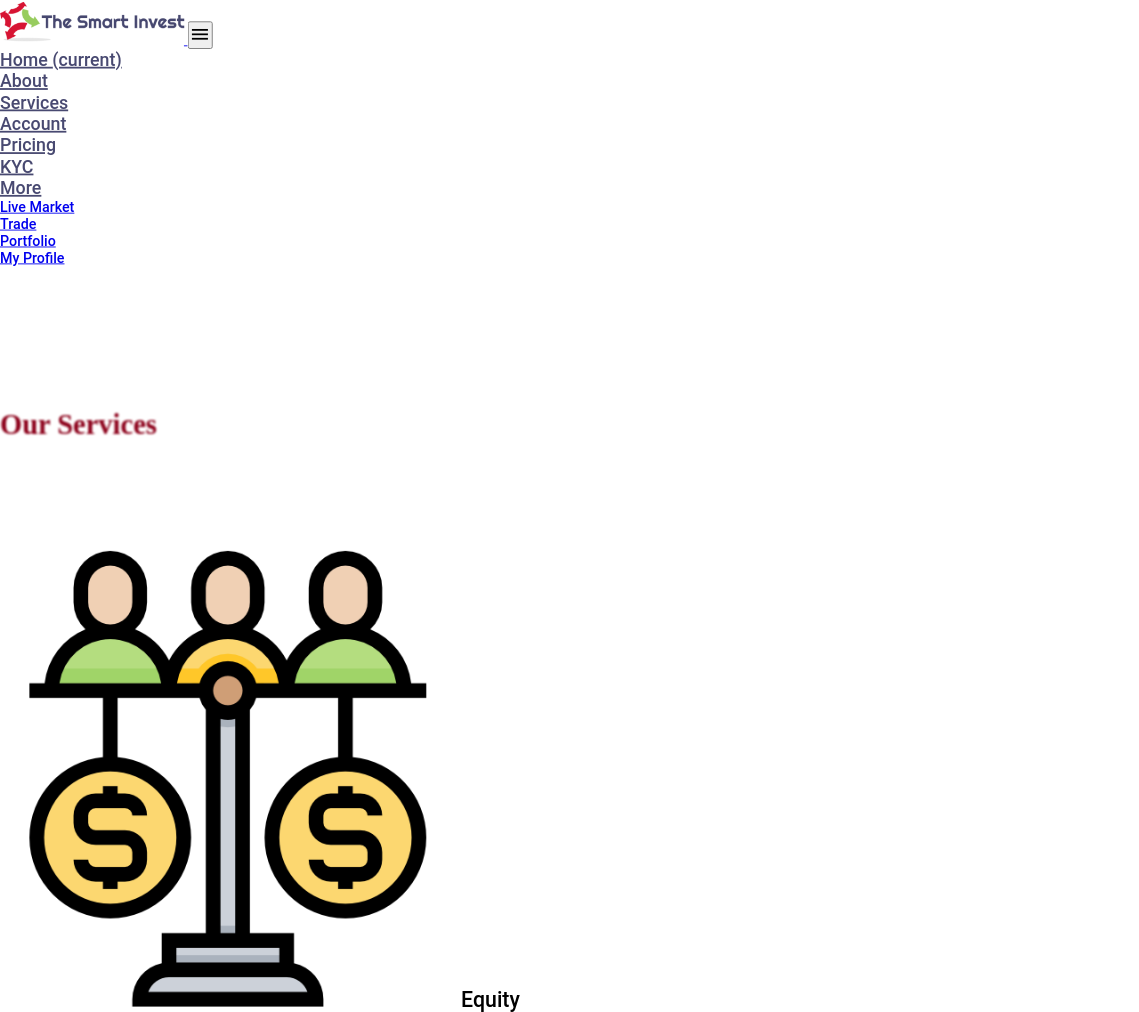
Repository: Demonster1999/Invest-Mart-new
Page: services.html
An editor plug-in stored every save of this project. The page is shown before and after the next save, followed by the edit.
The browser window is 1280 px wide. The pictures show the whole page, at 89% of full size.
Some web libraries are served in a nearby version.

Above is the page before, as saved 2020-05-01 21:28:02.
Console error: TypeError: Failed to execute 'addEventListener' on 'EventTarget': parameter 2 is not of type 'Object'.

After the next save:
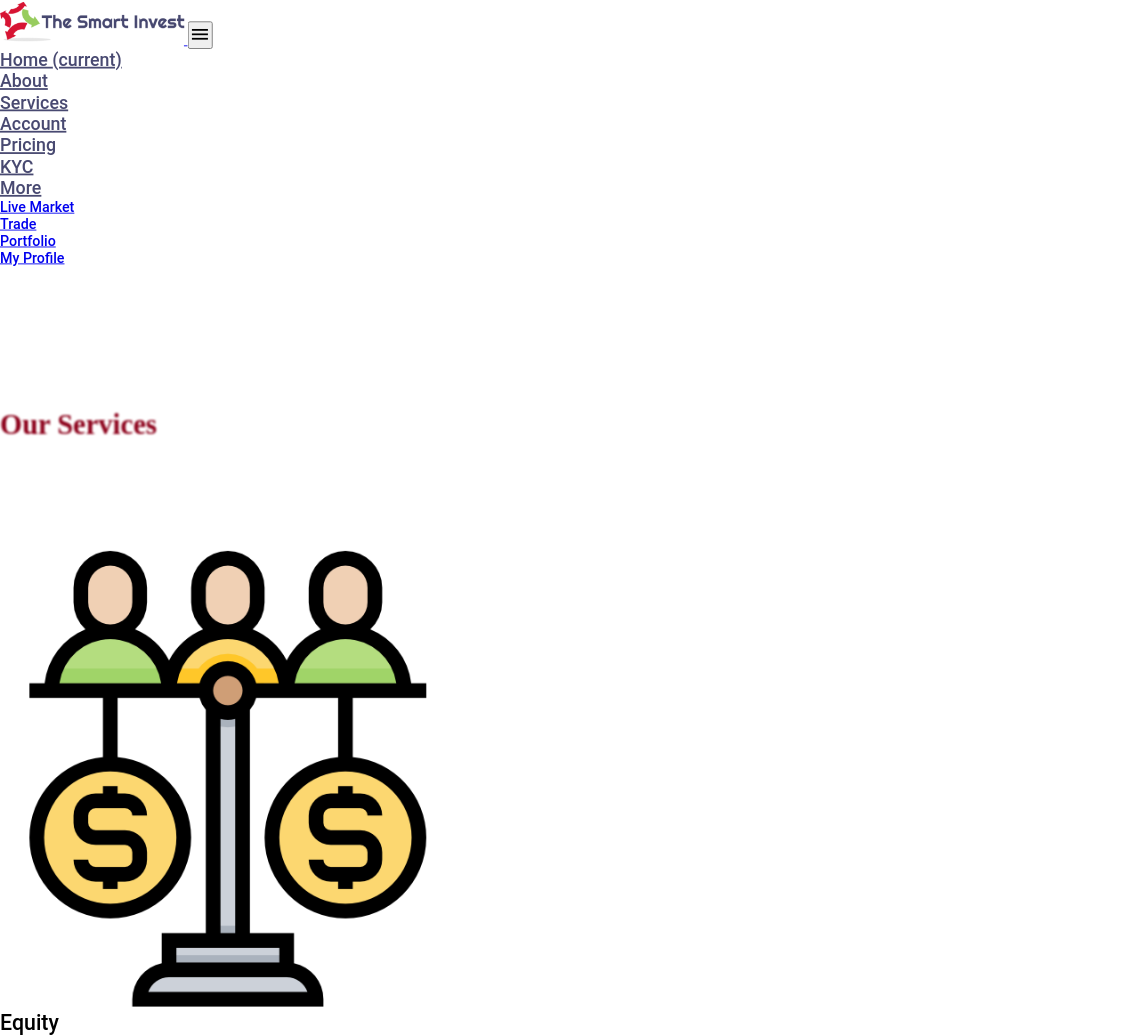
Saved 8 s later.
--- a/services.html
+++ b/services.html
@@ -88,7 +88,7 @@
    -->
    <div class="services">
      <div>
-       <h2> <img src="static/imgs/icons/equity.png" alt=""> Equity </h2>
+      <img src="static/imgs/icons/equity.png" alt=""><h2>  Equity </h2>
 
      </div>
    </div>

After the save that followed:
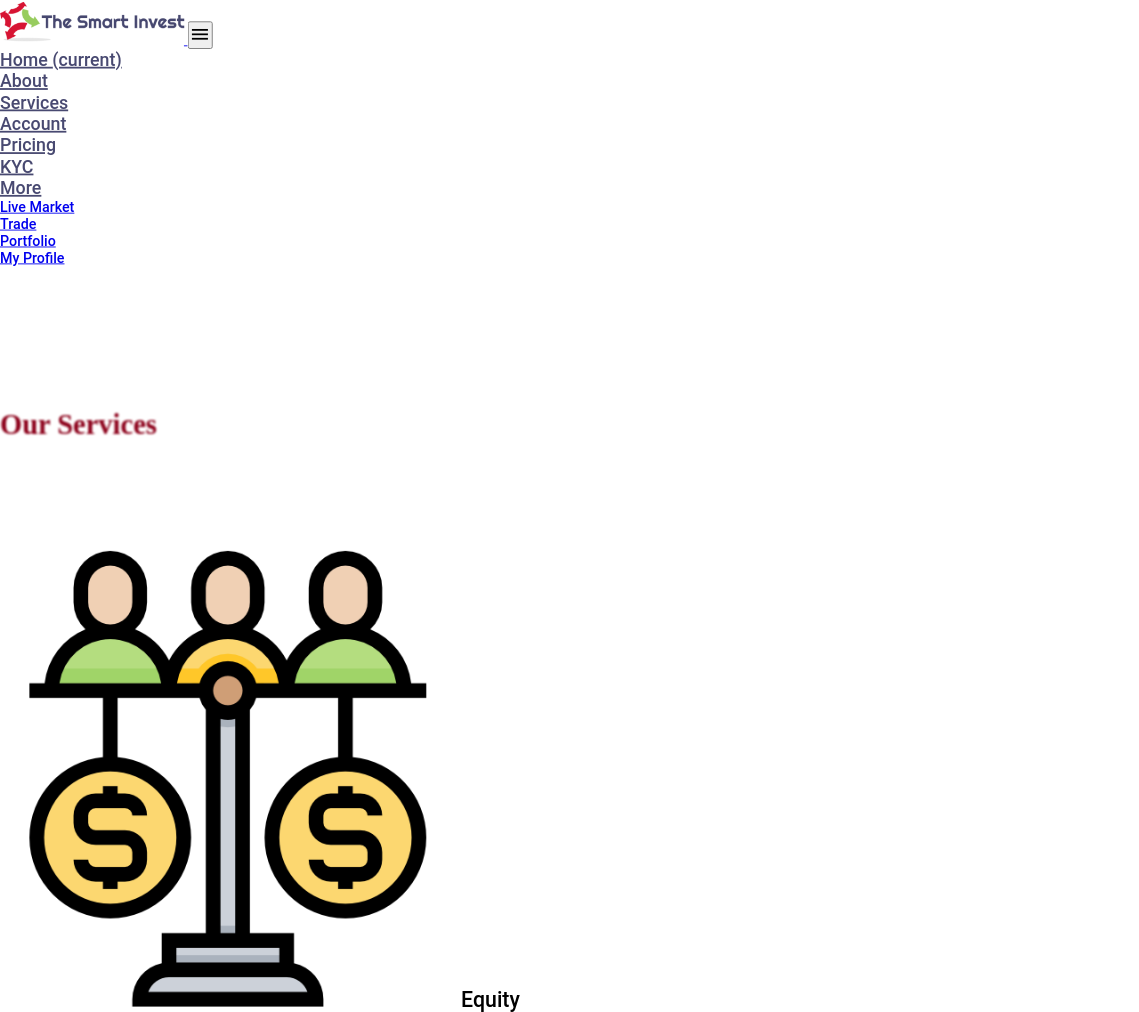
Saved 5 s later.
--- a/services.html
+++ b/services.html
@@ -88,7 +88,7 @@
    -->
    <div class="services">
      <div>
-      <img src="static/imgs/icons/equity.png" alt=""><h2>  Equity </h2>
+       <h2> <img src="static/imgs/icons/equity.png" alt=""> Equity </h2>
 
      </div>
    </div>
